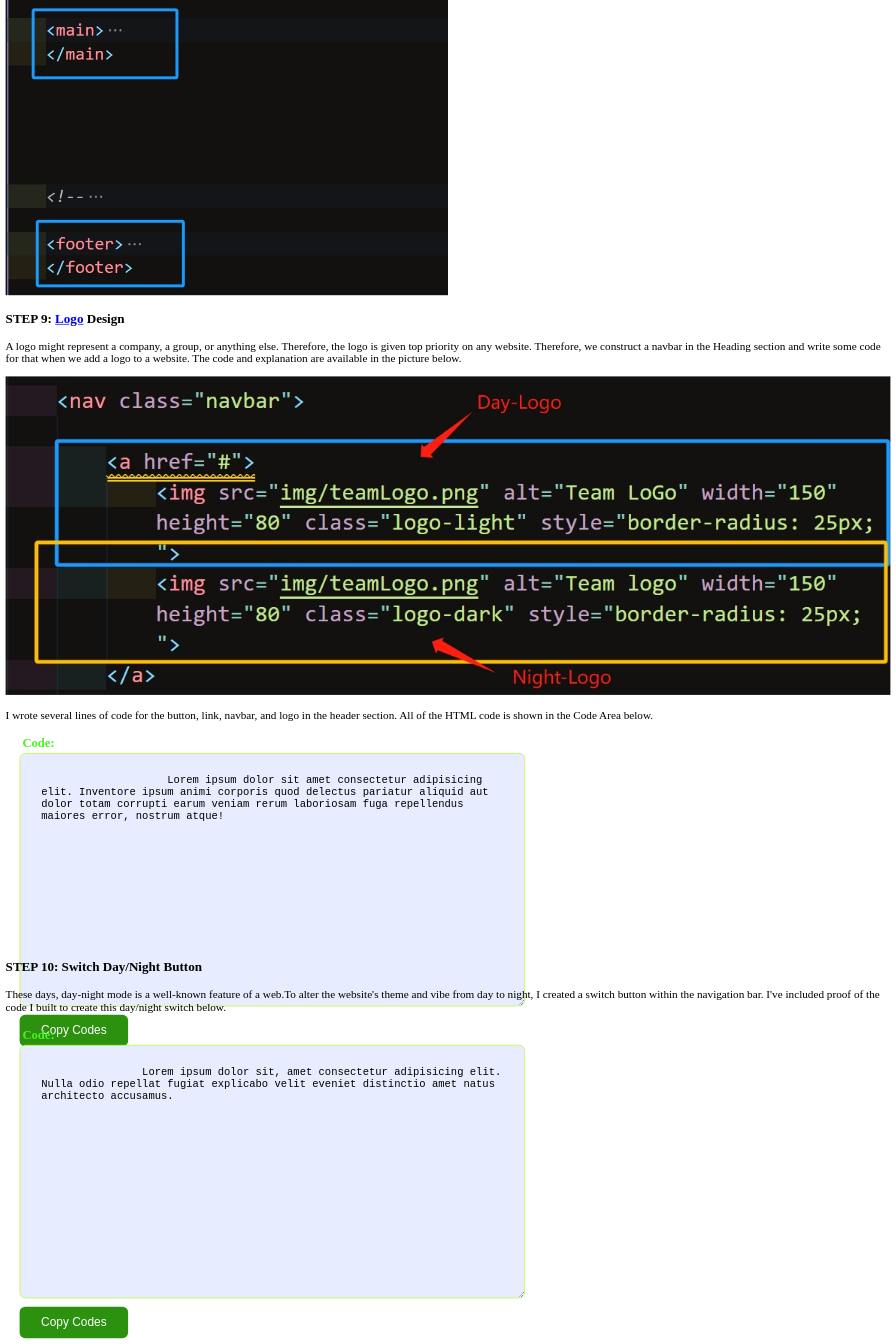
Repository: NexMaker-Fab/2023zjudem-INNOGENIUSES
Page: build web/page.html
An editor plug-in stored every save of this project. The page is shown before and after the next save, followed by the edit.
The browser window is 1280 px wide. The pictures show the part of the page from y = 2644 to 4564 px (the page is 4564 px tall before and 4555 px after), at 70% of full size.

Above is the page before, as saved 2023-11-27 20:14:08.

### build web/page.html
<!DOCTYPE html>
<html lang="en">

<head>
    <meta charset="UTF-8">
    <meta name="viewport" content="width=device-width, initial-scale=1.0">
    <title>How to Build Website</title>
    <link rel="stylesheet" href="page.css">
</head>

<body>
    <h3>STEP 4: Live Server Extension</h3>
    <p>Go to visual studio extention secsion, search live server and click install it. This extesion help to observe new change on your webpage when you change something in your code. You can see the exension installation image below:
    </p>
    <img src="img/Live Server.png" alt="description photo" style="width:100%; height: fit-content;">

    <h2 style="font-weight: bolder;">How to write the website document</h2>

    <h3>STEP 5: Make folder and file for writing code to build a website</h3>
    <p>Open VS Code and open clone repository folder. Create a html file, a css file & a JS file. Create a folder for image resources. After that go to the html file which is named index.html and write some basic html documents. You can see all the step
        in snapshot below:
    </p>
    <img src="img/bw1.png" alt="description photo" style="width:100%; height: fit-content;">
    <p>
        Here, I've included links to my external CSS file, a few fonts link, and bootstrap. That will assist me in designing and improving the appearance of my webpage.
    </p>

    <h3>STEP 6: Store Resources in img folder</h3>
    <p>To build a website we need some basic resources, such as logo, favicon, bg-picture, banner, etc. I have to gather all the resources in that folder as You can see all the step in snapshot below:
    </p>
    <img src="img/bw2.png" alt="description photo" style="width:50%; height: 100%;">

    <h3>STEP 7: Title and Title logo</h3>
    <p>An HTML document consists of two primary sections. Head and Body. The title of my website, some meta data, and the title logo—also referred to as a favicon by programmers—can all be written in the Head section. I demonstrate how to write a title and
        put a title logo underneath this image.
    </p>
    <img src="img/bw3.png" alt="description photo" style="width:100%; height: fit-content;">
    <p>
        favicon is a format that can help us put logo in title bar as you can see in the photo. Below of this page you can get how to make a <a href="#logoCreate">Logo</a> free.
    </p>
    <img src="img/title logo.png" alt="description photo" style="width:100%; height: 100%;">
    <h3>STEP 8: Divided and write document for webpage</h3>
    <p>In a Body of the HTML document consists of three primary sections. Header-Main-Footer. I wrote 3 tag and make workspaces for build my webpage step by step. I demonstrate about this tag underneath this image.
    </p>
    <img src="img/bw4.png" alt="description photo" style="width:50%; height:fit-content;">
    <h3>STEP 9: <a href="#BuildLogo">Logo</a> Design</h3>
    <p>A logo might represent a company, a group, or anything else. Therefore, the logo is given top priority on any website. Therefore, we construct a navbar in the Heading section and write some code for that when we add a logo to a website. The code and
        explanation are available in the picture below.
    </p>
    <img src="img/bw5.png" alt="description photo" style="width:100%; height:fit-content;">
    <p>I wrote several lines of code for the button, link, navbar, and logo in the header section. All of the HTML code is shown in the Code Area below.</p>
    <div class="code-boxes">
        <div class="code-box codeBox">
            <div class="topic">Code:</div>
            <textarea id="codeBox" readonly>
                    Lorem ipsum dolor sit amet consectetur adipisicing elit. Inventore ipsum animi corporis quod delectus pariatur aliquid aut dolor totam corrupti earum veniam rerum laboriosam fuga repellendus maiores error, nostrum atque!
            </textarea>
            <button id="codeButton">Copy Codes</button>
        </div>
    </div>
    <h3>STEP 10: Switch Day/Night Button</h3>
    <p>These days, day-night mode is a well-known feature of a web.To alter the website's theme and vibe from day to night, I created a switch button within the navigation bar. I've included proof of the code I built to create this day/night switch below.
    </p>
    <div class="code-boxes">
        <div class="code-box codeBox">
            <div class="topic">Code:</div>
            <textarea id="codeBox" readonly>
                Lorem ipsum dolor sit, amet consectetur adipisicing elit. Nulla odio repellat fugiat explicabo velit eveniet distinctio amet natus architecto accusamus.
            </textarea>
            <button id="codeButton">Copy Codes</button>
        </div>
    </div>
</body>

</html>

### build web/page.css
.code-boxes {
    height: 100%;
    width: 100%;
}

.code-boxes .code-box {
    height: 300px;
    max-width: 660px;
    margin: 20px 20px;
}

.code-boxes .code-box .topic {
    font-size: 18px;
    font-weight: 600;
    color: rgb(72, 242, 38);
    margin: 4px;
}

.code-boxes .code-box textarea {
    height: 100%;
    width: 100%;
    padding: 30px;
    font-size: 15px;
    font-weight: 400;
    outline: none;
    border: 1px solid #bcf732;
    border-radius: 8px;
    background: #e7edfe;
}

.code-box textarea::-webkit-scrollbar {
    display: none;
}

.code-boxes .code-box button {
    height: 45px;
    width: 155px;
    color: #fff;
    background: #2b910f;
    outline: none;
    border: none;
    border-radius: 8px;
    font-size: 17px;
    font-weight: 400;
    margin: 8px 0;
    cursor: pointer;
    transition: all 0.4s ease;
}

.code-boxes .code-box button:hover {
    background: #8a0606;
}

@media (max-width: 400px) {
    .code-boxes .code-box button {
        width: 100%;
    }
}

After the next save:
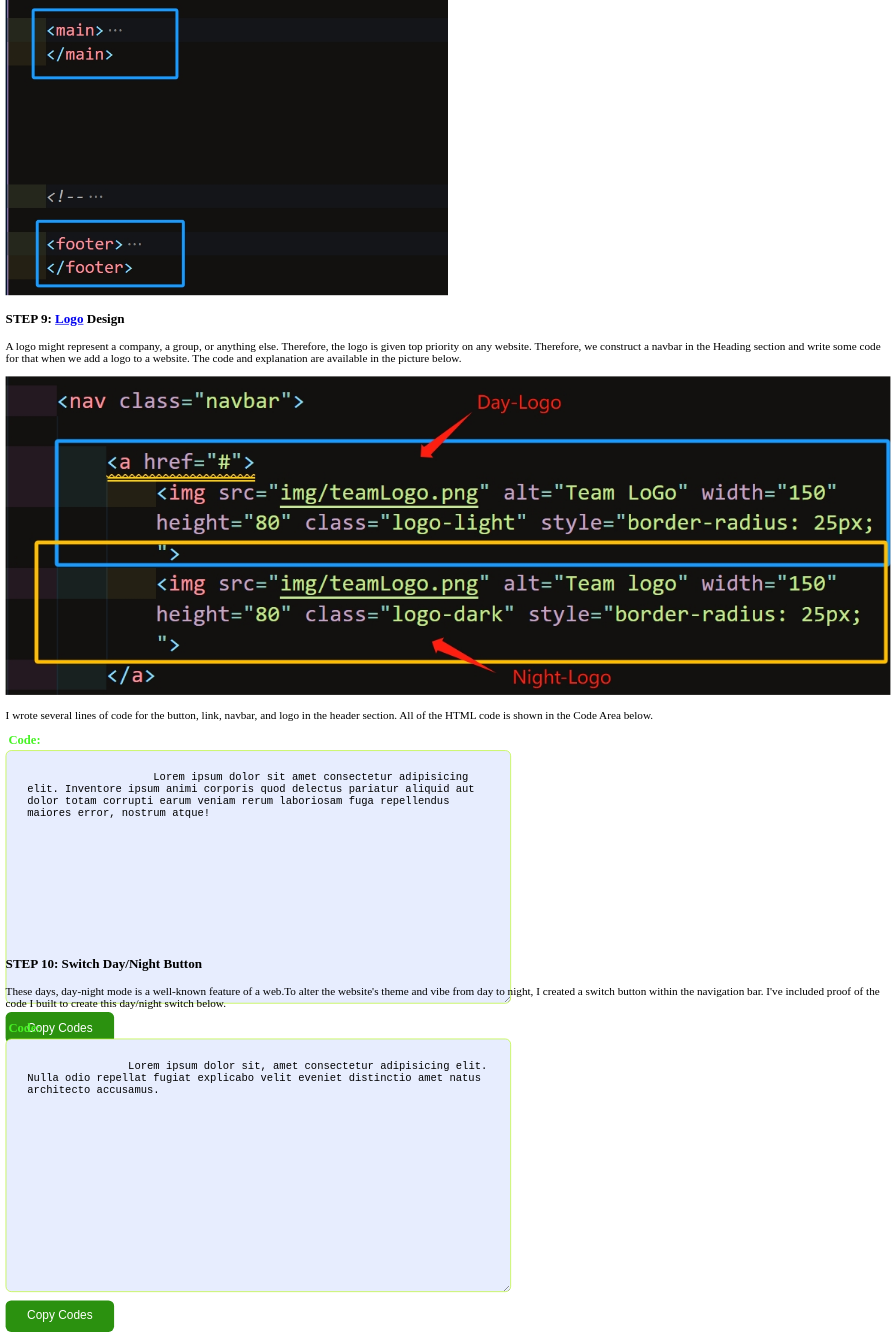
Saved 8 s later.
--- a/build web/page.css
+++ b/build web/page.css
@@ -6,7 +6,6 @@
 .code-boxes .code-box {
     height: 300px;
     max-width: 660px;
-    margin: 20px 20px;
 }
 
 .code-boxes .code-box .topic {
